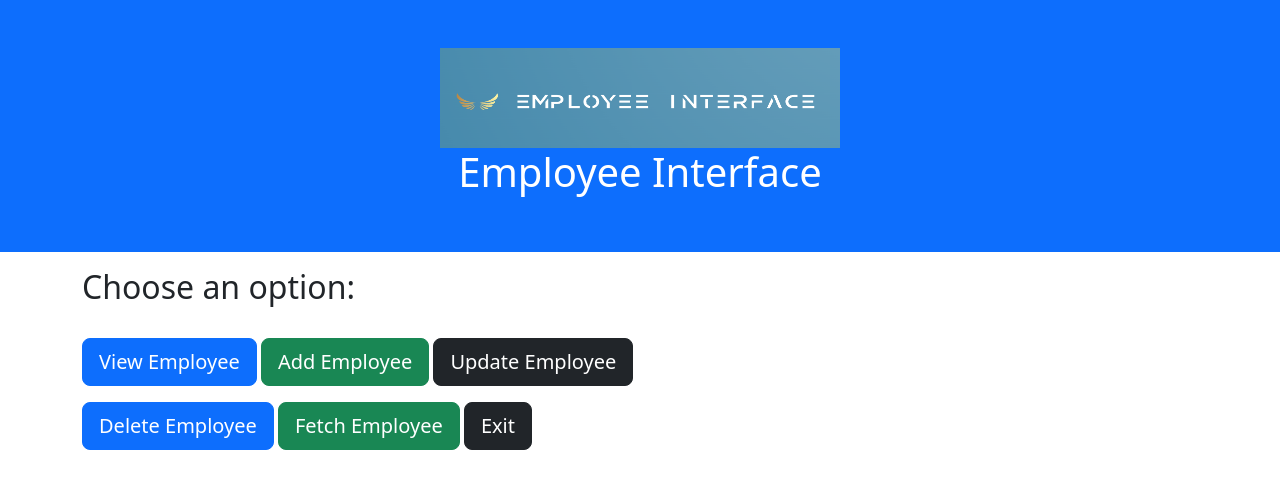
Repository: Rishicollinz/Java_Fullstack
Page: Eclipse 2/jspproject/src/main/webapp/index.html
The author's editor kept a copy of each file at every save. The page is drawn from the files as they stood at one save, then again after the next save.
The browser window is 1280 px wide. The pictures show the whole page.

Above is the page before, as saved 2023-05-19 04:01:08.

### Eclipse 2/jspproject/src/main/webapp/index.html
<!DOCTYPE html>
<html>
<head>
<meta charset="UTF-8">
<title>Employee Interface</title>
<meta charset="utf-8">
  <meta name="viewport" content="width=device-width, initial-scale=1">
  <link href="https://cdn.jsdelivr.net/npm/bootstrap@5.2.3/dist/css/bootstrap.min.css" rel="stylesheet">
  <script src="https://cdn.jsdelivr.net/npm/bootstrap@5.2.3/dist/js/bootstrap.bundle.min.js"></script>

</head>
<body>

<div class="container-fluid p-5 bg-primary text-white text-center">

<img src="img\employeelogo.png" alt="Company logo" width="400" height="100">
  <h1>Employee Interface</h1>
</div>

<div class="container mt-3">
  <h2>Choose an option:</h2><br>
  <a type="button" href="view\view.html" class="btn btn-primary btn-lg">View Employee</a>
  <a type="button" href="add\add.html" class="btn btn-success btn-lg">Add Employee</a>
  <a type="button" href="update\update.html" class="btn btn-dark btn-lg">Update Employee</a>
</div>
<div class="container mt-3">
  <a type="button" href="delete\delete.html" class="btn btn-primary btn-lg">Delete Employee</a>
  <a type="button" href="fetch\fetch.html" class="btn btn-success btn-lg">Fetch Employee</a>
  <a type="button" href="exit.html" class="btn btn-dark btn-lg">Exit</a>
</div>
</body>
</html>

After the next save:
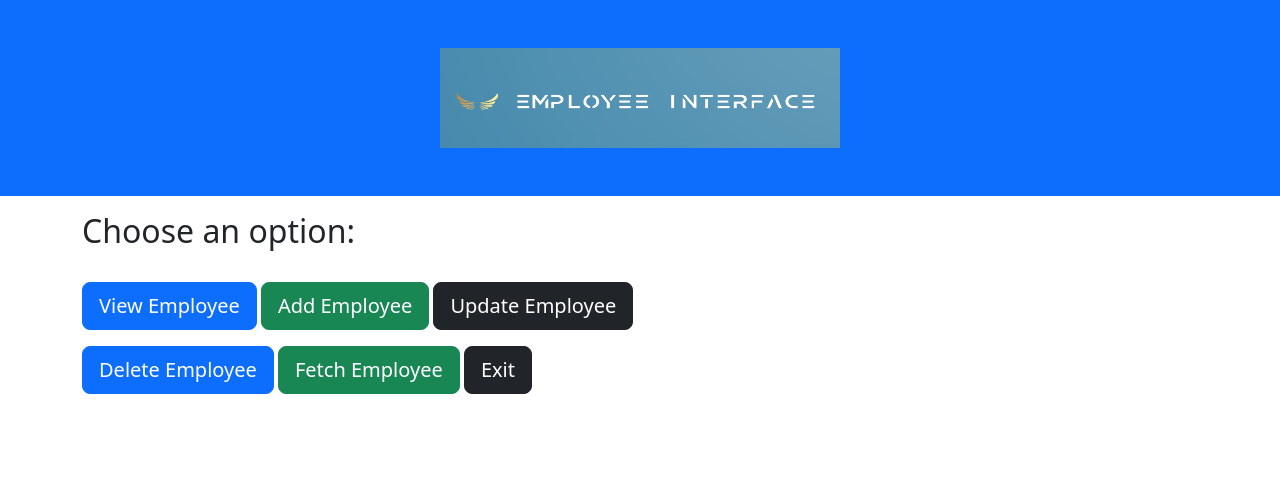
Saved 55 s later.
--- a/Eclipse 2/jspproject/src/main/webapp/index.html
+++ b/Eclipse 2/jspproject/src/main/webapp/index.html
@@ -13,8 +13,8 @@
 
 <div class="container-fluid p-5 bg-primary text-white text-center">
 
-<img src="img\employeelogo.png" alt="Company logo" width="400" height="100">
-  <h1>Employee Interface</h1>
+<a href="isndex.html"></a><img src="img\employeelogo.png" alt="Company logo" width="400" height="100"></a>
+
 </div>
 
 <div class="container mt-3">
